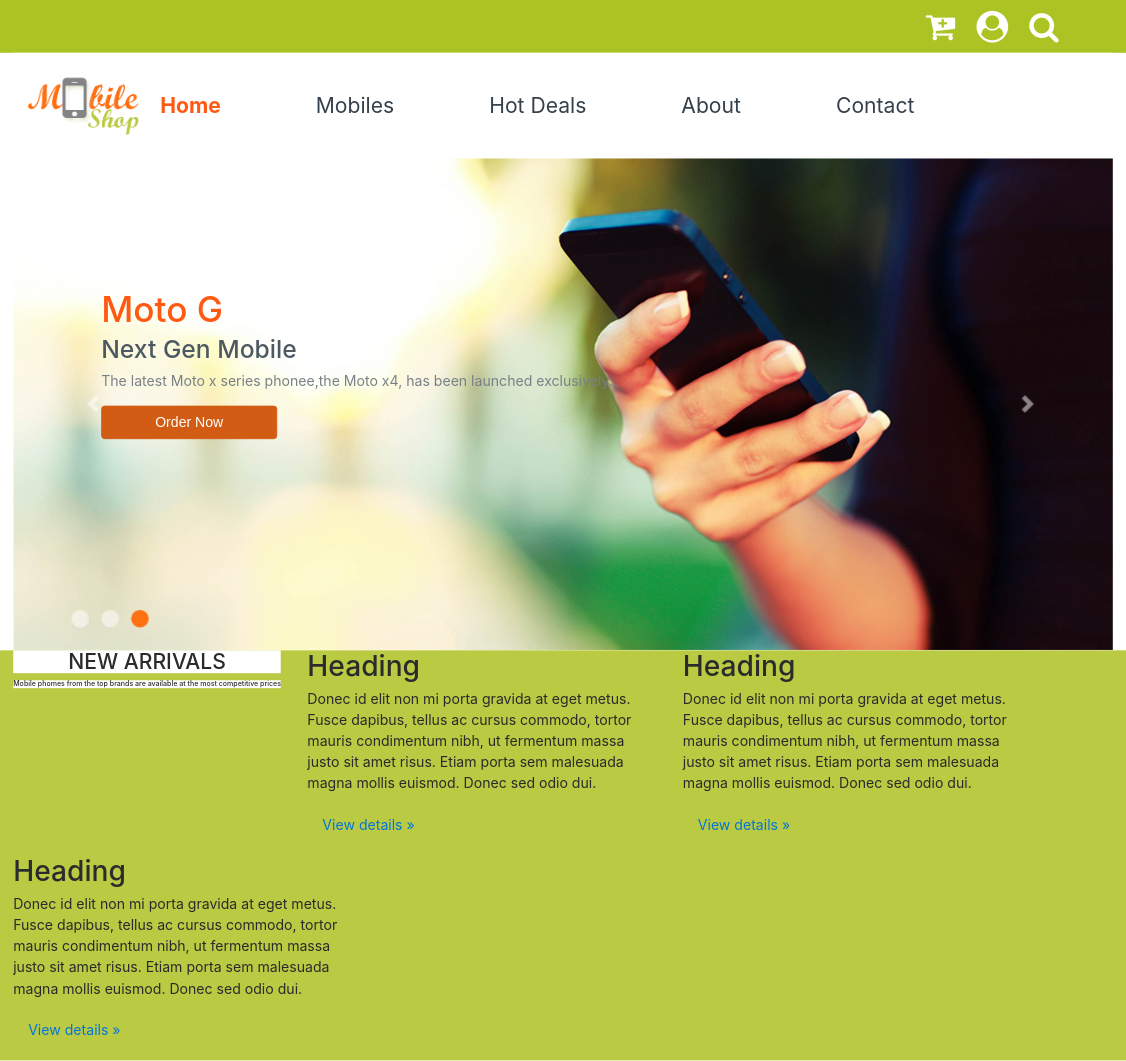
Repository: rajmohanr/mobile
Page: index.html
The author's editor kept a copy of each file at every save. The page is drawn from the files as they stood at one save, then again after the next save.
The browser window is 1280 px wide. The pictures show the whole page, at 88% of full size.

Above is the page before, as saved 2018-03-31 13:19:49.
Console error (its wording comes from the project's code and is left out).

### index.html
<!DOCTYPE html>
<html lang="en">
  <head>
    <meta charset="utf-8">
    <meta http-equiv="X-UA-Compatible" content="IE=edge">
    <meta name="viewport" content="width=device-width, initial-scale=1">

    <title>Bootstrap 4, from LayoutIt!</title>

    <meta name="description" content="Source code generated using layoutit.com">
    <meta name="author" content="LayoutIt!">

    <link href="css/bootstrap.min.css" rel="stylesheet">
	<link href="css/style.css" rel="stylesheet">
	<link rel="stylesheet" href="https://cdnjs.cloudflare.com/ajax/libs/font-awesome/4.7.0/css/font-awesome.min.css">

  </head>
  <body>

    <div class="container-fluid">
	<div class="row">
		<div class="col-md-12">
			<div class="row">
				<div class="col-md-12 top-bar">
					<a href="#" class="top-bar-icons last-icon"><i class="fa fa-search"  style="font-size:36px;color:white;"></i></a>
					<a href="#" class="top-bar-icons"><i class="fa fa-user-circle"  style="font-size:36px;color:white;"></i></a>
					<a href="#" class="top-bar-icons"><i class="fa fa-cart-plus"  style="font-size:36px;color:white;"></i></a>
				</div>
			</div>
			<nav class="navbar navbar-toggleable-md navbar-light bg-faded">

				<button class="navbar-toggler navbar-toggler-right" type="button" data-toggle="collapse" data-target="#bs-example-navbar-collapse-1">
					<span class="navbar-toggler-icon"></span>
				</button> <a class="navbar-brand" href="#"><img src="images/logo.png" /></a>
				<div class="collapse navbar-collapse" id="bs-example-navbar-collapse-1">
					<ul class="navbar-nav float-md-right">
						<li class="nav-item active">
							 <a class="nav-link" href="#">Home <span class="sr-only">(current)</span></a>
						</li>
						<li class="nav-item">
							 <a class="nav-link" href="#">Mobiles</a>
						</li>
						<li class="nav-item">
								<a class="nav-link" href="#">Hot Deals</a>
						</li>
						<li class="nav-item">
								<a class="nav-link" href="#">About</a>
						</li>
						<li class="nav-item">
								<a class="nav-link" href="#">Contact</a>
						</li>
					</ul>
				</div>
			</nav>

			<div class="row">
				<div class="col-md-12">
					<div class="carousel slide" id="carousel-452932">
						<ol class="carousel-indicators">
							<li data-slide-to="0" data-target="#carousel-452932">
							</li>
							<li data-slide-to="1" data-target="#carousel-452932">
							</li>
							<li data-slide-to="2" data-target="#carousel-452932" class="active">
							</li>
						</ol>
						<div class="carousel-inner">
							<div class="carousel-item">
								<img class="d-block w-100" alt="Carousel Bootstrap First" src="images/carosuel.png" />
								<div class="carousel-caption">
									<h4>
										Moto G
									</h4>
									<h3>
										Next Gen Mobile
									</h3>
									<p>
										The latest Moto x series phonee,the Moto x4, has been launched exclusively.
									</p>
									<button type="button" class="btn btn-primary">Order Now</button>
								</div>
							</div>
							<div class="carousel-item">
								<img class="d-block w-100" alt="Carousel Bootstrap Second" src="images/carosuel.png" />
								<div class="carousel-caption">
									<h4>
										Moto G
									</h4>
									<h3>
										Next Gen Mobile
									</h3>
									<p>
										The latest Moto x series phonee,the Moto x4, has been launched exclusively.
									</p>
									<button type="button" class="btn btn-primary">Order Now</button>
								</div>
							</div>
							<div class="carousel-item active">
								<img class="d-block w-100" alt="Carousel Bootstrap Third" src="images/carosuel.png" />
								<div class="carousel-caption">
									<h4>
										Moto G
									</h4>
									<h3>
										Next Gen Mobile
									</h3>
									<p>
										The latest Moto x series phonee,the Moto x4, has been launched exclusively.
									</p>
									<button type="button" class="btn btn-primary">Order Now</button>
								</div>
							</div>
						</div> <a class="carousel-control-prev" href="#carousel-452932" data-slide="prev"><span class="carousel-control-prev-icon"></span> <span class="sr-only">Previous</span></a> <a class="carousel-control-next" href="#carousel-452932" data-slide="next"><span class="carousel-control-next-icon"></span> <span class="sr-only">Next</span></a>
					</div>
				</div>
			</div>

		</div>
	</div>
	<div id="middle-wrapper" class="row">
		<div id="middle-title">
			<div class="col-md-12">
				<h1 class="text-center">
						NEW ARRIVALS
				</h1>
				<h2 class="text-center">
					Mobile phomes from the top brands are available at the most competitive prices
				</h2>
			</div>
		</div>
		<div class="col-md-4">
			<h2>
				Heading
			</h2>
			<p>
				Donec id elit non mi porta gravida at eget metus. Fusce dapibus, tellus ac cursus commodo, tortor mauris condimentum nibh, ut fermentum massa justo sit amet risus. Etiam porta sem malesuada magna mollis euismod. Donec sed odio dui.
			</p>
			<p>
				<a class="btn" href="#">View details »</a>
			</p>
		</div>
		<div class="col-md-4">
			<h2>
				Heading
			</h2>
			<p>
				Donec id elit non mi porta gravida at eget metus. Fusce dapibus, tellus ac cursus commodo, tortor mauris condimentum nibh, ut fermentum massa justo sit amet risus. Etiam porta sem malesuada magna mollis euismod. Donec sed odio dui.
			</p>
			<p>
				<a class="btn" href="#">View details »</a>
			</p>
		</div>
		<div class="col-md-4">
			<h2>
				Heading
			</h2>
			<p>
				Donec id elit non mi porta gravida at eget metus. Fusce dapibus, tellus ac cursus commodo, tortor mauris condimentum nibh, ut fermentum massa justo sit amet risus. Etiam porta sem malesuada magna mollis euismod. Donec sed odio dui.
			</p>
			<p>
				<a class="btn" href="#">View details »</a>
			</p>
		</div>
	</div>
	<div class="row">
		<div class="col-md-12">
		</div>
	</div>
</div>

    <script src="js/jquery.min.js"></script>
    <script src="js/bootstrap.min.js"></script>
    <script src="js/scripts.js"></script>
  </body>
</html>

### css/style.css
.top-bar{
    height: 60px;
    background-color: #acc324;
}

.top-bar-icons{
    float: right;
    padding: 12px;
    position: relative;
}

.last-icon{
    margin-right: 50px;
}

.navbar{
    height: 120px;
    background-color: #fff;
}

.navbar-light .navbar-nav .active>.nav-link, .navbar-light .navbar-nav .nav-link.active, .navbar-light .navbar-nav .nav-link.open, .navbar-light .navbar-nav .open>.nav-link{
    color: #ff5912!important;
    font-weight: bold;
    font-size: 24px;
}

.navbar-nav .nav-link{
    padding-right: 100px!important;
}

.navbar-light .navbar-nav .nav-link{
    color: #34404b!important;
    font-size: 24px;
}

.carousel-caption{
    text-align: left!important;
    left: 100px!important;
    bottom: 0px!important;
    top:130px!important;
}

.carousel-caption h4{
    color: #ff5912!important;
    font-size: 2.5rem!important;
}

.carousel-caption h3{
    color: #4C5963!important;
}

.carousel-caption p{
    color: #788186!important;
}
.btn-primary{
    color: #fff;
    background-color: #D25C14!important;
    border-color: #D25C14!important;
    width: 200px;
}

.carousel-indicators li {
    border-radius: 12px;
    width: 20px;
    height: 20px;
    max-width: 20px!important;
    margin-right: 1%;
}
.carousel-indicators {
    margin-right: 5%!important;
    margin-left: 5%!important;
    justify-content: left!important;
}

.carousel-indicators .active {
    background-color: #FF7013!important;
}

#middle-wrapper{
    background-color: #BACA43;
}

#middle-title h1{
    font-size: 1.5rem;
    background-color: #fff;
}

#middle-title h2{
    font-size: 0.5rem;
    background-color: #fff;
}

Loaded but not shown: css/bootstrap.min.css (library); js/jquery.min.js (library); js/bootstrap.min.js (library); js/scripts.js (common file)

After the next save:
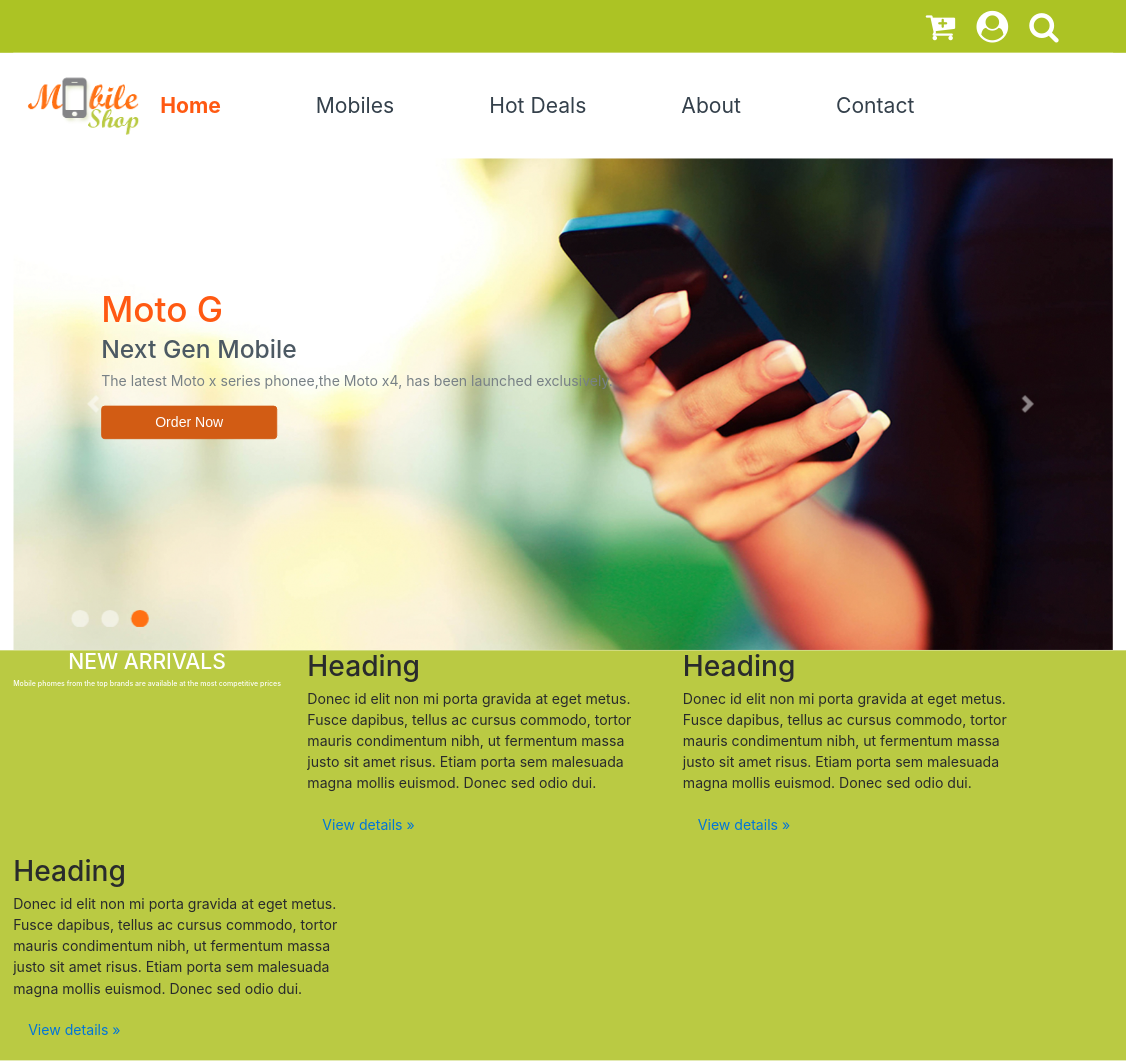
Saved 52 s later.
--- a/css/style.css
+++ b/css/style.css
@@ -82,10 +82,10 @@
 
 #middle-title h1{
     font-size: 1.5rem;
-    background-color: #fff;
+    color: #fff;
 }
 
 #middle-title h2{
     font-size: 0.5rem;
-    background-color: #fff;
+    color: #fff;
 }
